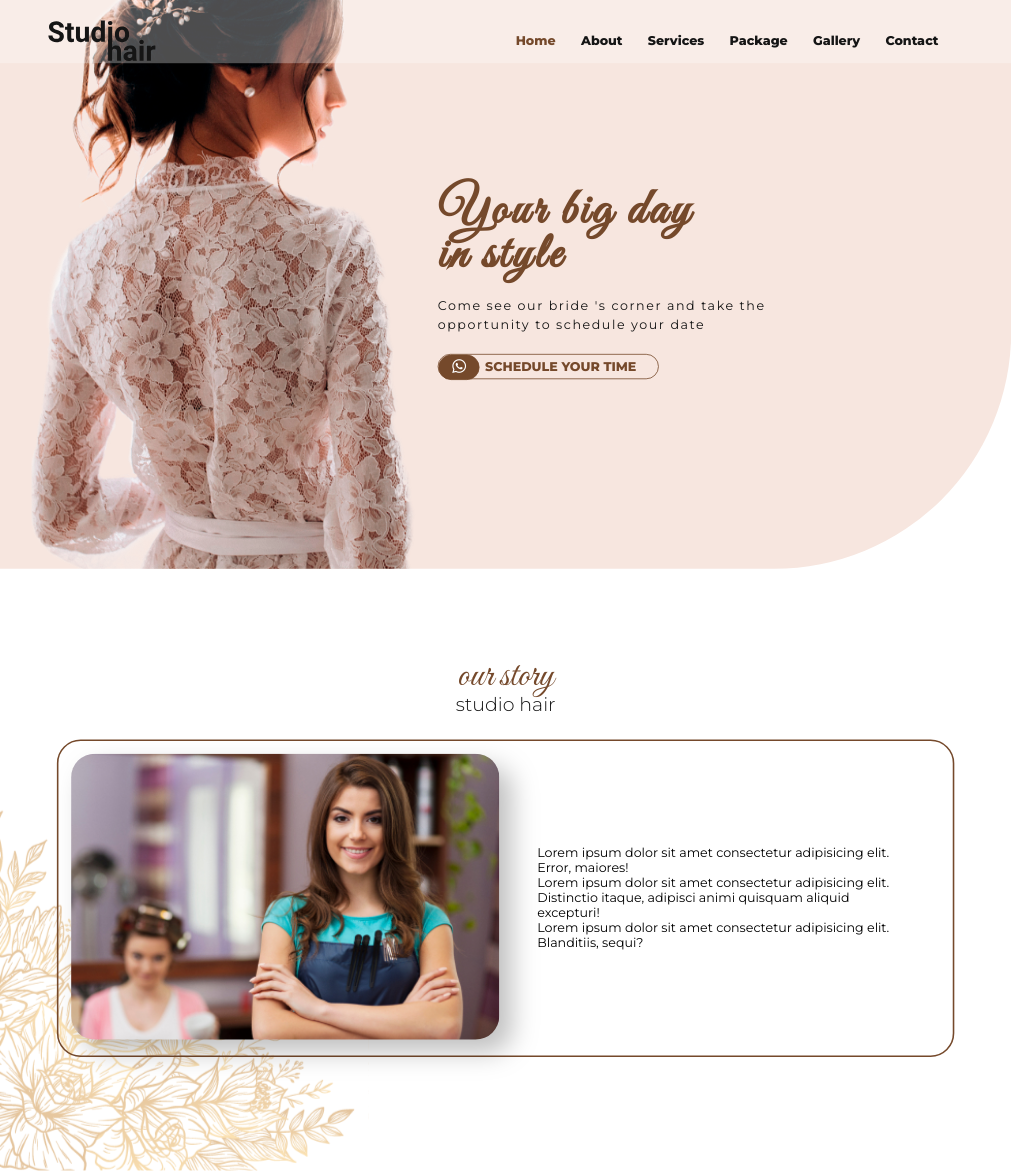
Repository: TuanHuflit2k1/clone-web01
Page: index.html
An editor plug-in stored every save of this project. The page is shown before and after a run of saves, followed by the edit.
The browser window is 1280 px wide. The pictures show the whole page, at 79% of full size.
Some web libraries are served in a nearby version.

Above is the page before, as saved 2022-04-28 11:19:22.

### index.html
<!DOCTYPE html>
<html lang="en">
  <head>
    <meta charset="UTF-8" />
    <meta http-equiv="X-UA-Compatible" content="IE=edge" />
    <meta name="viewport" content="width=device-width, initial-scale=1.0" />
    <title>Beauty Salon</title>
    <!-- css file -->
    <link rel="stylesheet" href="./style.css" />
    <!-- font awesomw CDN -->
    <link
      rel="stylesheet"
      href="https://cdnjs.cloudflare.com/ajax/libs/font-awesome/6.1.1/css/all.min.css"
      integrity="sha512-KfkfwYDsLkIlwQp6LFnl8zNdLGxu9YAA1QvwINks4PhcElQSvqcyVLLD9aMhXd13uQjoXtEKNosOWaZqXgel0g=="
      crossorigin="anonymous"
      referrerpolicy="no-referrer"
    />
  </head>
  <body>
    <!-- header -->
    <header class="header" id="header">
      <div class="navbar">
        <div class="logo">
          <img src="./img/logo.svg" alt="Logo" />
        </div>
        <nav class="nav-menu" id="nav-menu">
          <ul class="nav-list">
            <li><a href="#" class="nav-link active">home</a></li>
            <li><a href="#about" class="nav-link">about</a></li>
            <li><a href="#services" class="nav-link">services</a></li>
            <li><a href="#package" class="nav-link">package</a></li>
            <li><a href="#gallery" class="nav-link">gallery</a></li>
            <li><a href="#contact" class="nav-link">contact</a></li>
          </ul>
        </nav>
        <div class="nav-toggle" id="nav-toggle">
          <i class="fas fa-bars"></i>
        </div>
      </div>
    </header>
    <!-- end header -->
    <!-- start home section -->
    <section class="home">
      <div class="container">
        <div class="home-img">
          <img src="./img/home-img.png" />
        </div>
        <div class="home-content">
          <h1>Your big day<br /><span>in style</span></h1>
          <p>
            Come see our bride 's corner and take the opportunity to schedule
            your date
          </p>
          <a href="#" class="btn btn-outline">
            <i class="fab fa-whatsapp"></i>
            Schedule your time
          </a>
        </div>
      </div>
    </section>
    <!-- end section home -->
    <!-- start section about -->
    <section class="about" id="about">
      <div class="container">
        <div class="section-title">
          <h1>our story</h1>
          <span>studio hair</span>
        </div>
        <div class="about-detail">
          <div class="about-detal-content">
            <div class="about-img">
              <img src="./img/about-img.jpg" />
            </div>
            <div class="about-description">
              <p>
                Lorem ipsum dolor sit amet consectetur adipisicing elit. Error,
                maiores!
              </p>
              <p>
                Lorem ipsum dolor sit amet consectetur adipisicing elit.
                Distinctio itaque, adipisci animi quisquam aliquid excepturi!
              </p>
              <p>
                Lorem ipsum dolor sit amet consectetur adipisicing elit.
                Blanditiis, sequi?
              </p>
            </div>
          </div>
        </div>
      </div>
    </section>
    <!-- link js -->
    <script src="./main.js"></script>
  </body>
</html>

### style.css
/* font */
@import url("https://fonts.googleapis.com/css2?family=Great+Vibes&family=Montserrat:wght@300;400;600;800&display=swap");
:root {
  --header-height: 5rem;
  --main-color: #f7e6df;
  --first-color: #75492b;
  --secon-color: #dfd6a7;
  --white-color: #fff;
  --black-color: #151515;

  --font-cursive: "Great Vibes", cursive;
  --font-body: "Montserrat", sans-serif;

  --big-font-size: 3rem;
  --h1-font-size: 2.25rem;
  --h2-font-size: 1.5rem;
  --h3-font-size: 1.25rem;
  --normal-font-size: 1rem;
  --small-font-size: 0.813rem;
}
* {
  box-sizing: border-box;
  margin: 0;
  padding: 0;
  text-decoration: none;
  list-style: none;
  outline: none;
  border: none;
}
html {
  scroll-behavior: smooth;
}
body {
  background-color: var(--white-color);
  font-size: var(--normal-font-size);
  font-family: var(--font-body);
  overflow-x: hidden;
}
/* button */
.btn {
  width: 240px;
  display: flex;
  align-items: center;
  justify-content: center;
  text-align: center;
  background-color: var(--first-color);
  color: var(--white-color);
  border: 1px solid var(--first-color);
  border-radius: 50px;
  font-size: var(--normal-font-size);
  font-weight: bold;
  text-transform: uppercase;
  line-height: 1rem;
  padding: 10px 20px;
  cursor: pointer;
  transition: all 0.4s ease;
}
.btn:hover {
  background-color: transparent;
  color: var(--first-color);
}
.btn-outline {
  width: 280px;
  background-color: transparent;
  color: var(--first-color);
  padding: 5px 10px 5px 0;
  transition: all 0.4s ease;
  position: relative;
}
.btn-outline::before {
  content: "";
  position: absolute;
  top: 0;
  left: 0;
  width: 18%;
  height: 100%;
  background-color: var(--first-color);
  border: 1px solid var(--first-color);
  border-radius: 50px;
  transition: all 0.4s ease-in-out;
}
.btn-outline i {
  margin-right: 1.5rem;
  font-size: var(--h3-font-size);
  color: var(--white-color);
  z-index: 10;
}
.btn-outline:hover::before {
  width: 100%;
  z-index: -1;
}
.btn-outline:hover {
  color: var(--white-color);
  z-index: 10;
}
/* end button */
.header {
  position: fixed;
  top: 0;
  left: 0;
  right: 0;
  height: var(--header-height);
  background-color: rgba(255, 255, 255, 0.3);
  z-index: 10000;
  transition: all 0.4s ease;
}
.scroll-header {
  background-color: var(--white-color);
  box-shadow: 0 4px 6px rgba(0, 0, 0, 0.1);
}
.navbar {
  width: 100%;
  max-width: 1200px;
  margin: 0 auto;
  display: flex;
  justify-content: space-between;
  align-items: center;
  padding: 20px;
}
.nav-menu .nav-list {
  display: flex;
}
.nav-menu li {
  margin-right: 2rem;
}
.nav-link {
  font-size: var(--normal-font-size);
  color: var(--black-color);
  font-weight: bold;
  text-transform: capitalize;
  position: relative;
  transition: all 0.4s ease;
}
.nav-link::before {
  content: "";
  position: absolute;
  width: 0;
  left: 0;
  bottom: 0;
  height: 2px;
  background-color: var(--first-color);
  transition: all 0.4s ease-in-out;
}
.nav-link:hover::before {
  width: 100%;
}
.nav-link:hover,
.nav-link.active {
  color: var(--first-color);
}
.nav-toggle {
  font-size: var(--h1-font-size);
  padding: 5px 5px 0;
  border: 2px solid transparent;
  cursor: pointer;
  z-index: 100;
  display: none;
}
.nav-toggle:hover {
  color: var(--first-color);
  border: 2px solid var(--first-color);
}
/* Start Home Section */
.home {
  width: 100%;
  height: 100vh;
  background-color: var(--main-color);
  border-radius: 0 0 300px 0;
}
.home .container {
  max-width: 1200px;
  margin: 0 auto;
  display: flex;
  flex-wrap: wrap;
}
.home .home-img img {
  max-width: 100%;
  height: 100%;
}
.home .home-content {
  width: 40%;
  height: 100vh;
  display: flex;
  flex-direction: column;
  align-items: flex-start;
  justify-content: center;
}
.home-content h1 {
  font-family: var(--font-cursive);
  font-size: 4rem;
  line-height: 3.5rem;
  letter-spacing: 4px;
  color: var(--first-color);
  margin-bottom: 1.5rem;
}
.home-content p {
  font-weight: 400;
  line-height: 1.5rem;
  letter-spacing: 2px;
  color: var(--black-color);
  margin-bottom: 1.5rem;
}

/* End Home Section */
/* start about section */
.about {
  width: 100%;
  padding: 7rem 0;
  background-image: url(./img/arabesque-left-bottom.svg);
  background-repeat: no-repeat;
  background-position: bottom left;
  z-index: -1;
}
.about .container {
  max-width: 1200px;
  margin: 0 auto;
  display: flex;
  flex-wrap: wrap;
}
.section-title {
  text-align: center;
  margin: 0 auto;
}
.section-title h1 {
  font-family: var(--font-cursive);
  font-size: var(--big-font-size);
  font-weight: 400;
  line-height: 3rem;
  color: var(--first-color);
}
.section-title span {
  font-weight: 300;
  font-size: var(--h2-font-size);
  line-height: 1.5rem;
  color: var(--black-color);
}
.about-detail {
  width: 100%;
  padding: 2rem;
}
.about-detal-content {
  display: grid;
  grid-template-columns: repeat(2, 1fr);
  gap: 1rem;
  align-items: center;
  border: 2px solid var(--first-color);
  border-radius: 30px;
  padding: 1rem;
}
.about-img img {
  width: 100%;
  border-radius: 30px;
  filter: drop-shadow(16px 16px 16px rgba(0, 0, 0, 0.25));
}
.about-description {
  position: relative;
  padding: 2rem;
}
.about-description::before {
    content: "";
    position: absolute;
    width: 100%;
    height: 110%;
    top: -10%;

}
@media (max-width: 920px) {
  .nav-menu {
    position: absolute;
    top: 0;
    right: 0;
    width: 0;
    height: 100vh;
    background-color: var(--main-color);
    font-size: var(--h2-font-size);
    text-align: center;
    text-transform: capitalize;
    padding-top: var(--header-height);
    box-shadow: 0 0 5px rgba(0, 0, 0, 0.4);
    transition: all 0.4s ease-in-out;
  }
  .show-nav {
    width: 60%;
  }
  .nav-menu .nav-list {
    display: block;
  }
  .nav-menu li {
    padding: 15px 0;
  }
  .nav-link {
    font-size: var(--h3-font-size);
  }
  .nav-toggle {
    display: block;
  }
  .home .home-img img {
    display: none;
  }
  .home .home-content {
    width: 100%;
    height: 100vh;
    display: flex;
    justify-content: center;
    align-items: center;
  }
  .home-content h1 {
    font-size: var(--big-font-size);
  }
  .home-content p {
    padding: 0 2rem;
  }
}

### main.js
//Show Navbar
const nav = document.querySelector(".nav-menu");
const toggle = document.querySelector(".nav-toggle");
toggle.onclick = () => {
  nav.classList.toggle("show-nav");
};
//Remove bar
const navLink = document.querySelectorAll(".nav-link");
function linkAction() {
  nav.classList.remove("show-nav");
}
navLink.forEach((n) => n.addEventListener("click", linkAction));
//change active color
function colorLink() {
  if (navLink) {
    navLink.forEach((n) => n.classList.remove("active"));
    this.classList.add("active");
  }
}
navLink.forEach((l) => l.addEventListener("click", colorLink));

After the next 6 saves:
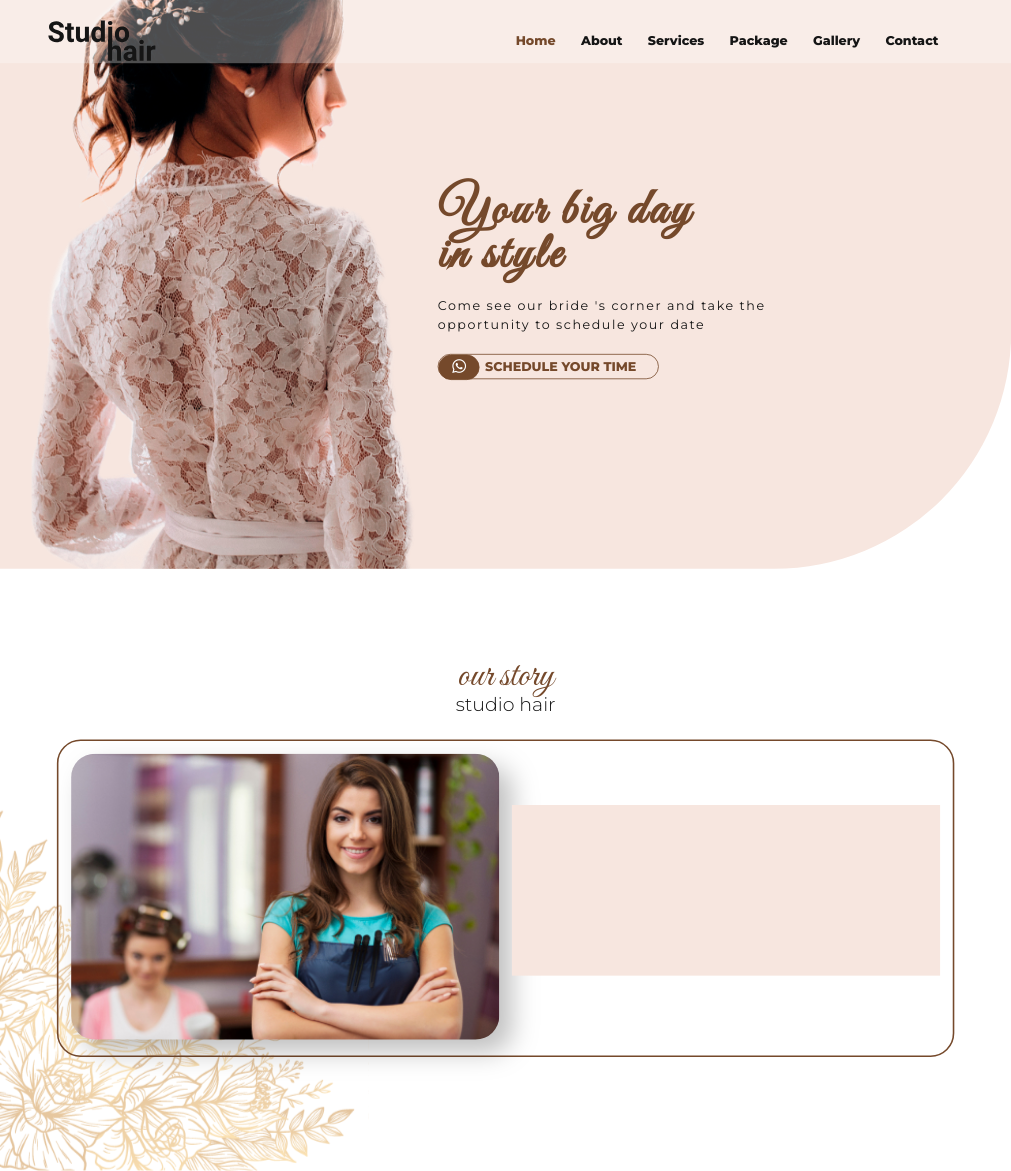
The 6 saves are shown as one change because they came seconds apart.
The last was saved 16 s later.
--- a/style.css
+++ b/style.css
@@ -262,7 +262,9 @@ body {
     width: 100%;
     height: 110%;
     top: -10%;
-
+    left: 0;
+    background-color: var(--main-color);
+    border-radius: ;
 }
 @media (max-width: 920px) {
   .nav-menu {
